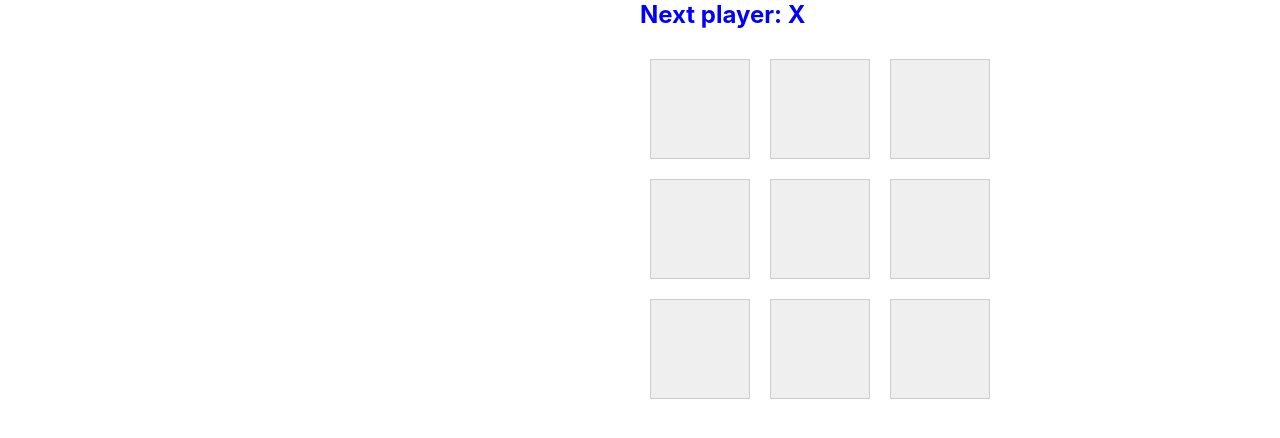
Repository: sedat-akdogan/React_Revision
Page: / (app in tic-tac-toe/)
An editor plug-in stored every save of this project. The page is shown before and after a run of saves, followed by the edit.
The browser window is 1280 px wide. The pictures show the whole page.
The project was rebuilt for these pictures with package versions that can differ from the ones it lists, and the page was loaded fresh each time.

Above is the page before, as saved 2023-05-13 00:40:31.

### tic-tac-toe/src/index.css
body {
    margin: 0;
    font-family: -apple-system, BlinkMacSystemFont, 'Segoe UI', 'Roboto', 'Oxygen',
        'Ubuntu', 'Cantarell', 'Fira Sans', 'Droid Sans', 'Helvetica Neue',
        sans-serif;
    -webkit-font-smoothing: antialiased;
    -moz-osx-font-smoothing: grayscale;
}

code {
    font-family: source-code-pro, Menlo, Monaco, Consolas, 'Courier New',
        monospace;
}

.square {
    width: 100px;
    height: 100px;
    font-size: 24px;
    border: 1px solid #ccc;
    display: inline-block;
    justify-content: center;
    align-items: center;
}

.board-row {
    margin-left: 50%;
    display: flex;
}

.board-row .square {
    margin: 10px;
}

.board-row:last-child .square {
    margin-bottom: 0;
}

.status {
    color: blue;
    font-size: 24px;
    margin-bottom: 20px;
    margin-left: 50%;
    font-weight: bold;
}

### tic-tac-toe/src/App.js
import { useState } from 'react';


function Square({ value, onSquareClick }) {
    return (
        <button className="square" onClick={onSquareClick}>
            {value}
        </button>
    );
}

export default function Board() {
    const [xIsNext, setXIsNext] = useState(true);
    const [squares, setSquares] = useState(Array(9).fill(null));

    function handleClick(i) {
        if (squares[i] || calculateWinner(squares)) {
            return;
        }
        const nextSquares = squares.slice();
        if (xIsNext) {
            nextSquares[i] = 'X';
        } else {
            nextSquares[i] = 'O';
        }
        setSquares(nextSquares);
        setXIsNext(!xIsNext);
    }

    const winner = calculateWinner(squares);
    let status;
    if (winner) {
        status = "Winner: " + winner;
    } else {
        status = "Next player: " + (xIsNext ? "X" : "O");
    }

    return (
        <>
            <div className="status">{status}</div>
            <div className="board-row">
                <Square value={squares[0]} onSquareClick={() => handleClick(0)} />
                <Square value={squares[1]} onSquareClick={() => handleClick(1)} />
                <Square value={squares[2]} onSquareClick={() => handleClick(2)} />
            </div>
            <div className="board-row">
                <Square value={squares[3]} onSquareClick={() => handleClick(3)} />
                <Square value={squares[4]} onSquareClick={() => handleClick(4)} />
                <Square value={squares[5]} onSquareClick={() => handleClick(5)} />
            </div>
            <div className="board-row">
                <Square value={squares[6]} onSquareClick={() => handleClick(6)} />
                <Square value={squares[7]} onSquareClick={() => handleClick(7)} />
                <Square value={squares[8]} onSquareClick={() => handleClick(8)} />
            </div>
        </>
    );
}

function calculateWinner(squares) {
    const lines = [
        [0, 1, 2],
        [3, 4, 5],
        [6, 7, 8],
        [0, 3, 6],
        [1, 4, 7],
        [2, 5, 8],
        [0, 4, 8],
        [2, 4, 6]
    ];
    for (let i = 0; i < lines.length; i++) {
        const [a, b, c] = lines[i];
        if (squares[a] && squares[a] === squares[b] && squares[a] === squares[c]) {
            return squares[a];
        }
    }
    return null;
}

Loaded but not shown: tic-tac-toe/public/index.html (common file); tic-tac-toe/src/index.js (common file); tic-tac-toe/src/reportWebVitals.js (common file)

After the next 2 saves:
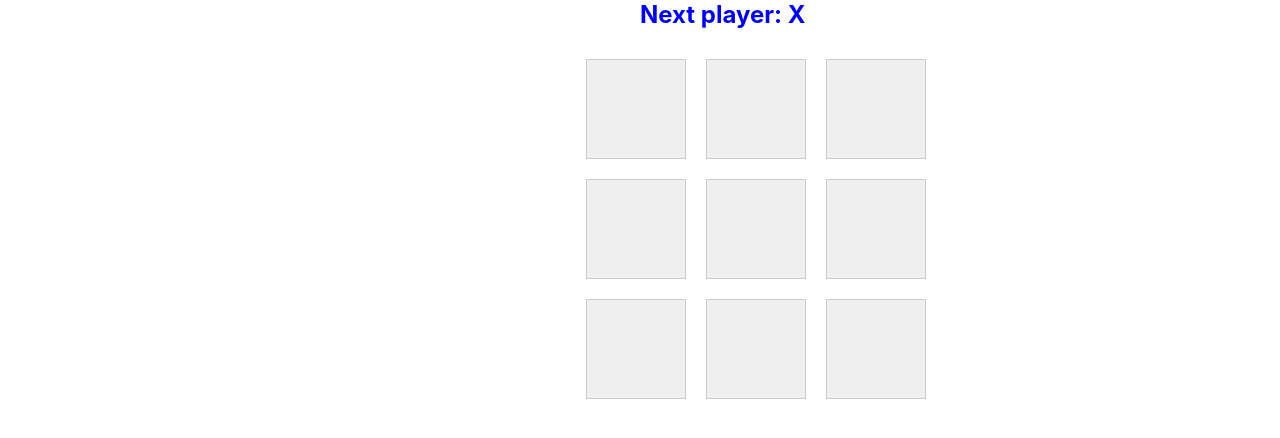
The 2 saves are shown as one change because they came seconds apart.
The last was saved 16 s later.
--- a/tic-tac-toe/src/index.css
+++ b/tic-tac-toe/src/index.css
@@ -23,7 +23,7 @@ code {
 }
 
 .board-row {
-    margin-left: 50%;
+    margin-left: 45%;
     display: flex;
 }
 
